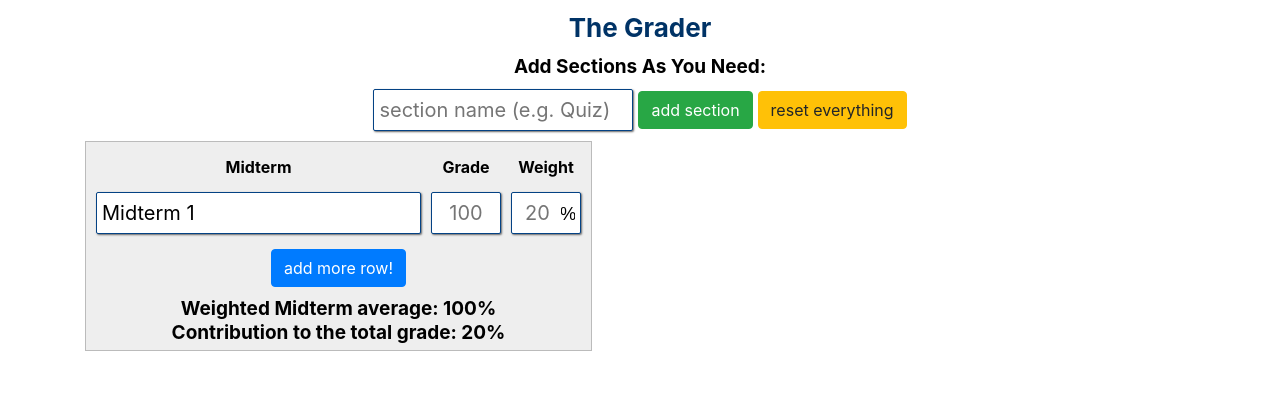
Repository: BarishNamazov/BarishNamazov.github.io
Page: thegrader/index.html
An editor plug-in stored every save of this project. The page is shown before and after the next save, followed by the edit.
The browser window is 1280 px wide. The pictures show the whole page.

Above is the page before, as saved 2020-10-31 19:46:34.

After the next save:
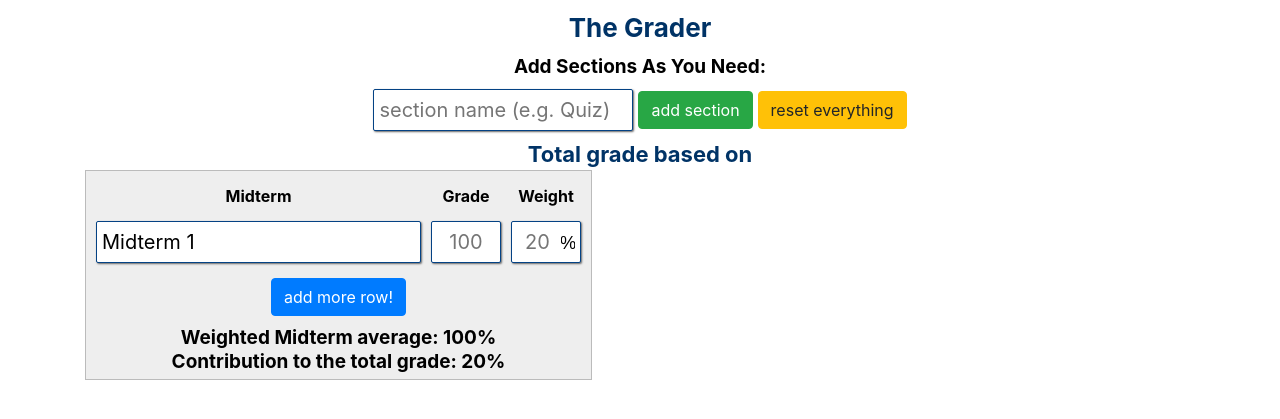
Saved 20 s later.
--- a/thegrader/index.html
+++ b/thegrader/index.html
@@ -25,7 +25,7 @@
           </div>
 
           <div id="totalGrade">
-
+            <h2>Total grade based on </h2>
           </div>
 
           <table class="gradePanel">
